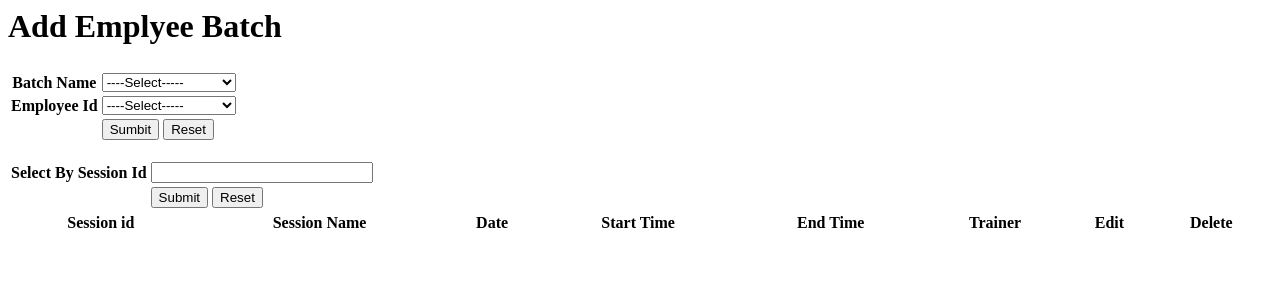
Repository: Dipak27/Dipak-s-front-end
Page: http://localhost/Traning_Management/batchemployeeadd.jsp
An editor plug-in stored every save of this project. The page is shown before and after the next save, followed by the edit.
The browser window is 1280 px wide. The pictures show the whole page.
The page is served by Tomcat 9.

Above is the page before, as saved 2016-11-10 04:51:53.

After the next save:
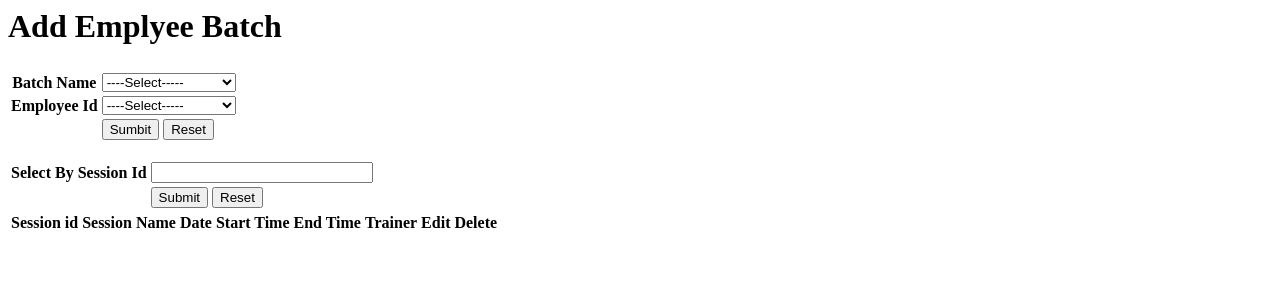
Saved 2 min 30 s later.
--- a/Training Management Project/Traning_Management/src/main/webapp/batchemployeeadd.jsp
+++ b/Training Management Project/Traning_Management/src/main/webapp/batchemployeeadd.jsp
@@ -80,7 +80,7 @@
 										</tr>
 
 
-												<table border='0' width='100%' class='table11'>
+												<table border='0' style="width:auto" class='table11'>
 												<tr>
 														<th>Session id</th>
 														<th>Session Name</th>
